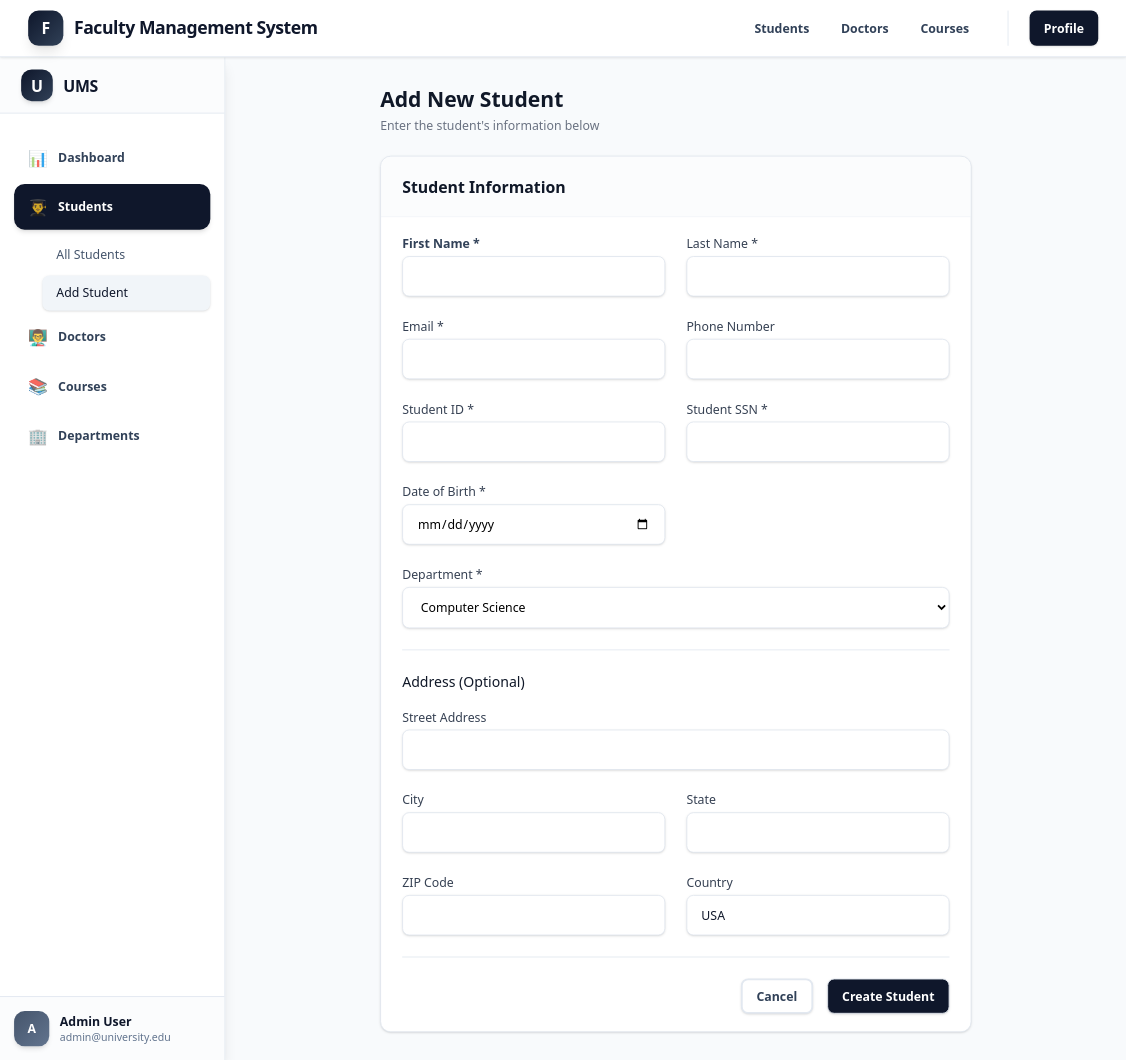
Repository: Mohamedmohsen179/Advanced-DB-Task
Page: /students/new (app in frontend/)
An editor plug-in stored every save of this project. The page is shown before and after the next save, followed by the edit.
The browser window is 1280 px wide. The pictures show the whole page, at 88% of full size.
The project was rebuilt for these pictures with package versions that can differ from the ones it lists, and the page was loaded fresh each time. The framework's server and built-in components were replaced by stand-ins that run in the browser. Settings that the repository does not hold, such as keys and server addresses, were given made-up values. Also part of the build but not shown: frontend/next.config.ts.

Above is the page before, as saved 2025-11-28 19:29:23.

### frontend/app/layout.tsx
import type { Metadata } from "next";
import { Geist, Geist_Mono } from "next/font/google";
import "./globals.css";
import MainLayout from "../components/layout/MainLayout";

const geistSans = Geist({
  variable: "--font-geist-sans",
  subsets: ["latin"],
});

const geistMono = Geist_Mono({
  variable: "--font-geist-mono",
  subsets: ["latin"],
});

export const metadata: Metadata = {
  title: "University Management System",
  description: "A comprehensive university management system built with Next.js and TypeScript",
};

export default function RootLayout({
  children,
}: Readonly<{
  children: React.ReactNode;
}>) {
  return (
    <html lang="en">
      <body
        className={`${geistSans.variable} ${geistMono.variable} antialiased`}
      >
        <MainLayout>{children}</MainLayout>
      </body>
    </html>
  );
}

### frontend/app/students/new/page.tsx
'use client';

import { useState } from 'react';
import { useRouter } from 'next/navigation';
import { CreateStudentRequest } from '../../../types';
import { apiService } from '../../../services/api';
import { Card, CardContent, CardHeader } from '../../../components/ui/Card';
import Button from '../../../components/ui/Button';

export default function NewStudentPage() {
  const router = useRouter();
  const [loading, setLoading] = useState(false);
  const [error, setError] = useState<string | null>(null);

  const [formData, setFormData] = useState<CreateStudentRequest>({
    firstName: '',
    lastName: '',
    email: '',
    phoneNumber: '',
    dateOfBirth: '',
    studentId: '',
    departmentId: '1', // Default to first department
    address: {
      street: '',
      city: '',
      state: '',
      zipCode: '',
      country: 'USA',
    },
  });

  const handleInputChange = (e: React.ChangeEvent<HTMLInputElement | HTMLSelectElement>) => {
    const { name, value } = e.target;

    if (name.startsWith('address.')) {
      const addressField = name.split('.')[1];
      setFormData(prev => ({
        ...prev,
        address: {
          ...prev.address,
          [addressField]: value,
        },
      }));
    } else {
      setFormData(prev => ({
        ...prev,
        [name]: value,
      }));
    }
  };

  const handleSubmit = async (e: React.FormEvent) => {
    e.preventDefault();
    setLoading(true);
    setError(null);

    try {
      const response = await apiService.createStudent(formData);

      if (response.success) {
        router.push('/students');
      } else {
        setError('Failed to create student');
      }
    } catch (err) {
      setError('An error occurred while creating the student');
      console.error('Error creating student:', err);
    } finally {
      setLoading(false);
    }
  };

  return (
    <div className="max-w-2xl mx-auto">
      <div className="mb-6">
        <h1 className="text-2xl font-bold text-gray-900">Add New Student</h1>
        <p className="mt-1 text-sm text-gray-500">
          Enter the student&apos;s information below
        </p>
      </div>

      {error && (
        <div className="mb-6 bg-red-50 border border-red-200 rounded-md p-4">
          <div className="flex">
            <div className="flex-shrink-0">
              <svg className="h-5 w-5 text-red-400" viewBox="0 0 20 20" fill="currentColor">
                <path fillRule="evenodd" d="M10 18a8 8 0 100-16 8 8 0 000 16zM8.707 7.293a1 1 0 00-1.414 1.414L8.586 10l-1.293 1.293a1 1 0 101.414 1.414L10 11.414l1.293 1.293a1 1 0 001.414-1.414L11.414 10l1.293-1.293a1 1 0 00-1.414-1.414L10 8.586 8.707 7.293z" clipRule="evenodd" />
              </svg>
            </div>
            <div className="ml-3">
              <h3 className="text-sm font-medium text-red-800">Error</h3>
              <div className="mt-2 text-sm text-red-700">
                <p>{error}</p>
              </div>
            </div>
          </div>
        </div>
      )}

      <Card>
        <CardHeader>
          <h2 className="text-lg font-semibold text-gray-900">Student Information</h2>
        </CardHeader>
        <CardContent>
          <form onSubmit={handleSubmit} className="space-y-6">
            <div className="grid grid-cols-1 md:grid-cols-2 gap-6">
              <div>
                <label htmlFor="firstName" className="block text-sm font-semibold text-slate-700">
                  First Name *
                </label>
                <input
                  type="text"
                  id="firstName"
                  name="firstName"
                  required
                  value={formData.firstName}
                  onChange={handleInputChange}
                  className="text-black mt-1 block w-full border border-slate-300 rounded-lg px-4 py-3 text-sm focus:outline-none focus:ring-2 focus:ring-slate-500 focus:border-slate-500 transition-all duration-200 bg-white shadow-sm"
                />
              </div>

              <div>
                <label htmlFor="lastName" className="block text-sm font-medium text-gray-700">
                  Last Name *
                </label>
                <input
                  type="text"
                  id="lastName"
                  name="lastName"
                  required
                  value={formData.lastName}
                  onChange={handleInputChange}
                  className="text-black mt-1 block w-full border border-slate-300 rounded-lg px-4 py-3 text-sm focus:outline-none focus:ring-2 focus:ring-slate-500 focus:border-slate-500 transition-all duration-200 bg-white shadow-sm"
                />
              </div>

              <div>
                <label htmlFor="email" className="block text-sm font-medium text-gray-700">
                  Email *
                </label>
                <input
                  type="email"
                  id="email"
                  name="email"
                  required
                  value={formData.email}
                  onChange={handleInputChange}
                  className="text-black mt-1 block w-full border border-slate-300 rounded-lg px-4 py-3 text-sm focus:outline-none focus:ring-2 focus:ring-slate-500 focus:border-slate-500 transition-all duration-200 bg-white shadow-sm"
                />
              </div>

              <div>
                <label htmlFor="phoneNumber" className="block text-sm font-medium text-gray-700">
                  Phone Number
                </label>
                <input
                  type="tel"
                  id="phoneNumber"
                  name="phoneNumber"
                  value={formData.phoneNumber}
                  onChange={handleInputChange}
                  className="text-black mt-1 block w-full border border-slate-300 rounded-lg px-4 py-3 text-sm focus:outline-none focus:ring-2 focus:ring-slate-500 focus:border-slate-500 transition-all duration-200 bg-white shadow-sm"
                />
              </div>

              <div>
                <label htmlFor="studentId" className="block text-sm font-medium text-gray-700">
                  Student ID *
                </label>
                <input
                  type="text"
                  id="studentId"
                  name="studentId"
                  required
                  value={formData.studentId}
                  onChange={handleInputChange}
                  className="text-black mt-1 block w-full border border-slate-300 rounded-lg px-4 py-3 text-sm focus:outline-none focus:ring-2 focus:ring-slate-500 focus:border-slate-500 transition-all duration-200 bg-white shadow-sm"
                />
              </div>


              <div>
                <label htmlFor="studentSsn" className="block text-sm font-medium text-gray-700">
                  Student SSN *
                </label>
                <input
                  type="text"
                  id="studentSsn"
                  name="studentSsn"
                  required
                  value={formData.ssn}
                  onChange={handleInputChange}
                  className="text-black mt-1 block w-full border border-slate-300 rounded-lg px-4 py-3 text-sm focus:outline-none focus:ring-2 focus:ring-slate-500 focus:border-slate-500 transition-all duration-200 bg-white shadow-sm"
                />
              </div>

              <div>
                <label htmlFor="dateOfBirth" className="block text-sm font-medium text-gray-700">
                  Date of Birth *
                </label>
                <input
                  type="date"
                  id="dateOfBirth"
                  name="dateOfBirth"
                  required
                  value={formData.dateOfBirth}
                  onChange={handleInputChange}
                  className="text-black mt-1 block w-full border border-slate-300 rounded-lg px-4 py-3 text-sm focus:outline-none focus:ring-2 focus:ring-slate-500 focus:border-slate-500 transition-all duration-200 bg-white shadow-sm"
                />
              </div>

              <div className="md:col-span-2">
                <label htmlFor="departmentId" className="block text-sm font-medium text-gray-700">
                  Department *
                </label>
                <select
                  id="departmentId"
                  name="departmentId"
                  required
                  value={formData.departmentId}
                  onChange={handleInputChange}
                  className="text-black mt-1 block w-full border border-slate-300 rounded-lg px-4 py-3 text-sm focus:outline-none focus:ring-2 focus:ring-slate-500 focus:border-slate-500 transition-all duration-200 bg-white shadow-sm"
                >
                  <option value="1">Computer Science</option>
                  <option value="2">Mathematics</option>
                </select>
              </div>
            </div>

            <div className="border-t border-gray-200 pt-6">
              <h3 className="text-md font-medium text-gray-900 mb-4">Address (Optional)</h3>
              <div className="grid grid-cols-1 md:grid-cols-2 gap-6">
                <div className="md:col-span-2">
                  <label htmlFor="address.street" className="block text-sm font-medium text-gray-700">
                    Street Address
                  </label>
                  <input
                    type="text"
                    id="address.street"
                    name="address.street"
                    value={formData.address?.street || ''}
                    onChange={handleInputChange}
                    className="mt-1 block w-full border border-slate-300 rounded-lg px-4 py-3 text-sm focus:outline-none focus:ring-2 focus:ring-slate-500 focus:border-slate-500 transition-all duration-200 bg-white shadow-sm"
                  />
                </div>

                <div>
                  <label htmlFor="address.city" className="block text-sm font-medium text-gray-700">
                    City
                  </label>
                  <input
                    type="text"
                    id="address.city"
                    name="address.city"
                    value={formData.address?.city || ''}
                    onChange={handleInputChange}
                    className="mt-1 block w-full border border-slate-300 rounded-lg px-4 py-3 text-sm focus:outline-none focus:ring-2 focus:ring-slate-500 focus:border-slate-500 transition-all duration-200 bg-white shadow-sm"
                  />
                </div>

                <div>
                  <label htmlFor="address.state" className="block text-sm font-medium text-gray-700">
                    State
                  </label>
                  <input
                    type="text"
                    id="address.state"
                    name="address.state"
                    value={formData.address?.state || ''}
                    onChange={handleInputChange}
                    className="mt-1 block w-full border border-slate-300 rounded-lg px-4 py-3 text-sm focus:outline-none focus:ring-2 focus:ring-slate-500 focus:border-slate-500 transition-all duration-200 bg-white shadow-sm"
                  />
                </div>

                <div>
                  <label htmlFor="address.zipCode" className="block text-sm font-medium text-gray-700">
                    ZIP Code
                  </label>
                  <input
                    type="text"
                    id="address.zipCode"
                    name="address.zipCode"
                    value={formData.address?.zipCode || ''}
                    onChange={handleInputChange}
                    className="mt-1 block w-full border border-slate-300 rounded-lg px-4 py-3 text-sm focus:outline-none focus:ring-2 focus:ring-slate-500 focus:border-slate-500 transition-all duration-200 bg-white shadow-sm"
                  />
                </div>

                <div>
                  <label htmlFor="address.country" className="block text-sm font-medium text-gray-700">
                    Country
                  </label>
                  <input
                    type="text"
                    id="address.country"
                    name="address.country"
                    value={formData.address?.country || ''}
                    onChange={handleInputChange}
                    className="mt-1 block w-full border border-slate-300 rounded-lg px-4 py-3 text-sm focus:outline-none focus:ring-2 focus:ring-slate-500 focus:border-slate-500 transition-all duration-200 bg-white shadow-sm"
                  />
                </div>
              </div>
            </div>

            <div className="flex justify-end space-x-4 pt-6 border-t border-gray-200">
              <Button
                type="button"
                variant="outline"
                onClick={() => router.back()}
              >
                Cancel
              </Button>
              <Button
                type="submit"
                loading={loading}
              >
                Create Student
              </Button>
            </div>
          </form>
        </CardContent>
      </Card>
    </div>
  );
}

### frontend/app/globals.css
@import "tailwindcss";

:root {
  --background: #fafafa;
  --foreground: #0f172a;
  --primary: #2563eb;
  --primary-foreground: #ffffff;
  --secondary: #f1f5f9;
  --secondary-foreground: #334155;
  --muted: #f8fafc;
  --muted-foreground: #64748b;
  --accent: #f1f5f9;
  --accent-foreground: #0f172a;
  --border: #e2e8f0;
  --input: #ffffff;
  --ring: #2563eb;
  --radius: 0.5rem;
}

@theme inline {
  --color-background: var(--background);
  --color-foreground: var(--foreground);
  --font-sans: var(--font-geist-sans);
  --font-mono: var(--font-geist-mono);
}

@media (prefers-color-scheme: dark) {
  :root {
    --background: #020617;
    --foreground: #f8fafc;
    --primary: #3b82f6;
    --primary-foreground: #f8fafc;
    --secondary: #1e293b;
    --secondary-foreground: #f8fafc;
    --muted: #1e293b;
    --muted-foreground: #94a3b8;
    --accent: #1e293b;
    --accent-foreground: #f8fafc;
    --border: #334155;
    --input: #1e293b;
    --ring: #3b82f6;
  }
}

* {
  border-color: var(--border);
}

body {
  background: var(--background);
  color: var(--foreground);
  font-family: var(--font-sans), system-ui, -apple-system, sans-serif;
  line-height: 1.6;
  -webkit-font-smoothing: antialiased;
  -moz-osx-font-smoothing: grayscale;
}

/* Professional scrollbar */
::-webkit-scrollbar {
  width: 8px;
  height: 8px;
}

::-webkit-scrollbar-track {
  background: var(--muted);
}

::-webkit-scrollbar-thumb {
  background: var(--muted-foreground);
  border-radius: 4px;
}

::-webkit-scrollbar-thumb:hover {
  background: var(--foreground);
}

/* Focus styles */
.focus-visible {
  outline: 2px solid var(--ring);
  outline-offset: 2px;
}

/* Professional shadows */
.shadow-professional {
  box-shadow: 0 1px 3px 0 rgb(0 0 0 / 0.1), 0 1px 2px -1px rgb(0 0 0 / 0.1);
}

.shadow-professional-lg {
  box-shadow: 0 10px 15px -3px rgb(0 0 0 / 0.1), 0 4px 6px -4px rgb(0 0 0 / 0.1);
}

### frontend/components/layout/MainLayout.tsx
'use client';

import { useState } from 'react';
import Navbar from './Navbar';
import Sidebar from './Sidebar';

interface MainLayoutProps {
  children: React.ReactNode;
}

export default function MainLayout({ children }: MainLayoutProps) {
  const [sidebarOpen, setSidebarOpen] = useState(false);

  return (
    <div className="min-h-screen bg-slate-50">
      {/* Navbar */}
      <Navbar />

      <div className="flex">
        {/* Sidebar */}
        <Sidebar
          isOpen={sidebarOpen}
          onClose={() => setSidebarOpen(false)}
        />

        {/* Main Content */}
        <div className="flex-1 lg:ml-0">
          {/* Mobile sidebar toggle */}
          <div className="lg:hidden">
            <button
              onClick={() => setSidebarOpen(true)}
              className="fixed top-20 left-4 z-10 bg-white p-3 rounded-xl shadow-professional border border-slate-200 hover:shadow-professional-lg transition-all duration-200"
            >
              <svg className="w-5 h-5 text-slate-600" fill="none" stroke="currentColor" viewBox="0 0 24 24">
                <path strokeLinecap="round" strokeLinejoin="round" strokeWidth={2} d="M4 6h16M4 12h16M4 18h16" />
              </svg>
            </button>
          </div>

          {/* Page Content */}
          <main className="p-6 lg:p-8">
            <div className="max-w-7xl mx-auto">
              {children}
            </div>
          </main>
        </div>
      </div>
    </div>
  );
}

### frontend/components/ui/Card.tsx
import { HTMLAttributes, forwardRef } from 'react';

interface CardProps extends HTMLAttributes<HTMLDivElement> {
  children: React.ReactNode;
}

const Card = forwardRef<HTMLDivElement, CardProps>(
  ({ className = '', children, ...props }, ref) => {
    return (
      <div
        ref={ref}
        className={`bg-white rounded-xl border border-slate-200 shadow-professional hover:shadow-professional-lg transition-shadow duration-200 ${className}`}
        {...props}
      >
        {children}
      </div>
    );
  }
);

Card.displayName = 'Card';

interface CardHeaderProps extends HTMLAttributes<HTMLDivElement> {
  children: React.ReactNode;
}

const CardHeader = forwardRef<HTMLDivElement, CardHeaderProps>(
  ({ className = '', children, ...props }, ref) => {
    return (
      <div
        ref={ref}
        className={`px-6 py-5 border-b border-slate-200 bg-slate-50/50 rounded-t-xl ${className}`}
        {...props}
      >
        {children}
      </div>
    );
  }
);

CardHeader.displayName = 'CardHeader';

interface CardContentProps extends HTMLAttributes<HTMLDivElement> {
  children: React.ReactNode;
}

const CardContent = forwardRef<HTMLDivElement, CardContentProps>(
  ({ className = '', children, ...props }, ref) => {
    return (
      <div
        ref={ref}
        className={`px-6 py-5 ${className}`}
        {...props}
      >
        {children}
      </div>
    );
  }
);

CardContent.displayName = 'CardContent';

interface CardFooterProps extends HTMLAttributes<HTMLDivElement> {
  children: React.ReactNode;
}

const CardFooter = forwardRef<HTMLDivElement, CardFooterProps>(
  ({ className = '', children, ...props }, ref) => {
    return (
      <div
        ref={ref}
        className={`px-6 py-5 border-t border-slate-200 bg-slate-50 rounded-b-xl ${className}`}
        {...props}
      >
        {children}
      </div>
    );
  }
);

CardFooter.displayName = 'CardFooter';

export { Card, CardHeader, CardContent, CardFooter };

### frontend/components/ui/Button.tsx
import { ButtonHTMLAttributes, forwardRef } from 'react';

interface ButtonProps extends ButtonHTMLAttributes<HTMLButtonElement> {
  variant?: 'primary' | 'secondary' | 'danger' | 'outline';
  size?: 'sm' | 'md' | 'lg';
  loading?: boolean;
}

const Button = forwardRef<HTMLButtonElement, ButtonProps>(
  ({ className = '', variant = 'primary', size = 'md', loading = false, children, disabled, ...props }, ref) => {
    const baseClasses = 'inline-flex items-center justify-center font-semibold rounded-lg transition-all duration-200 focus:outline-none focus:ring-2 focus:ring-offset-2 disabled:opacity-50 disabled:cursor-not-allowed shadow-sm hover:shadow-md active:scale-[0.98]';

    const variantClasses = {
      primary: 'bg-slate-900 text-white hover:bg-slate-800 focus:ring-slate-500 border border-slate-900',
      secondary: 'bg-slate-100 text-slate-900 hover:bg-slate-200 focus:ring-slate-500 border border-slate-200',
      danger: 'bg-red-600 text-white hover:bg-red-700 focus:ring-red-500 border border-red-600',
      outline: 'border-2 border-slate-300 text-slate-700 bg-white hover:bg-slate-50 hover:border-slate-400 focus:ring-slate-500',
    };

    const sizeClasses = {
      sm: 'px-3 py-2 text-sm h-9',
      md: 'px-4 py-2.5 text-sm h-10',
      lg: 'px-6 py-3 text-base h-12',
    };

    return (
      <button
        ref={ref}
        className={`${baseClasses} ${variantClasses[variant]} ${sizeClasses[size]} ${className}`}
        disabled={disabled || loading}
        {...props}
      >
        {loading && (
          <svg className="animate-spin -ml-1 mr-2 h-4 w-4" fill="none" viewBox="0 0 24 24">
            <circle className="opacity-25" cx="12" cy="12" r="10" stroke="currentColor" strokeWidth="4" />
            <path className="opacity-75" fill="currentColor" d="M4 12a8 8 0 018-8V0C5.373 0 0 5.373 0 12h4zm2 5.291A7.962 7.962 0 014 12H0c0 3.042 1.135 5.824 3 7.938l3-2.647z" />
          </svg>
        )}
        {children}
      </button>
    );
  }
);

Button.displayName = 'Button';

export default Button;

Loaded but not shown: frontend/services/api.ts (539 lines, source omitted); frontend/components/layout/Sidebar.tsx (158 lines, source omitted); frontend/components/layout/Navbar.tsx (102 lines, source omitted)

After the next save:
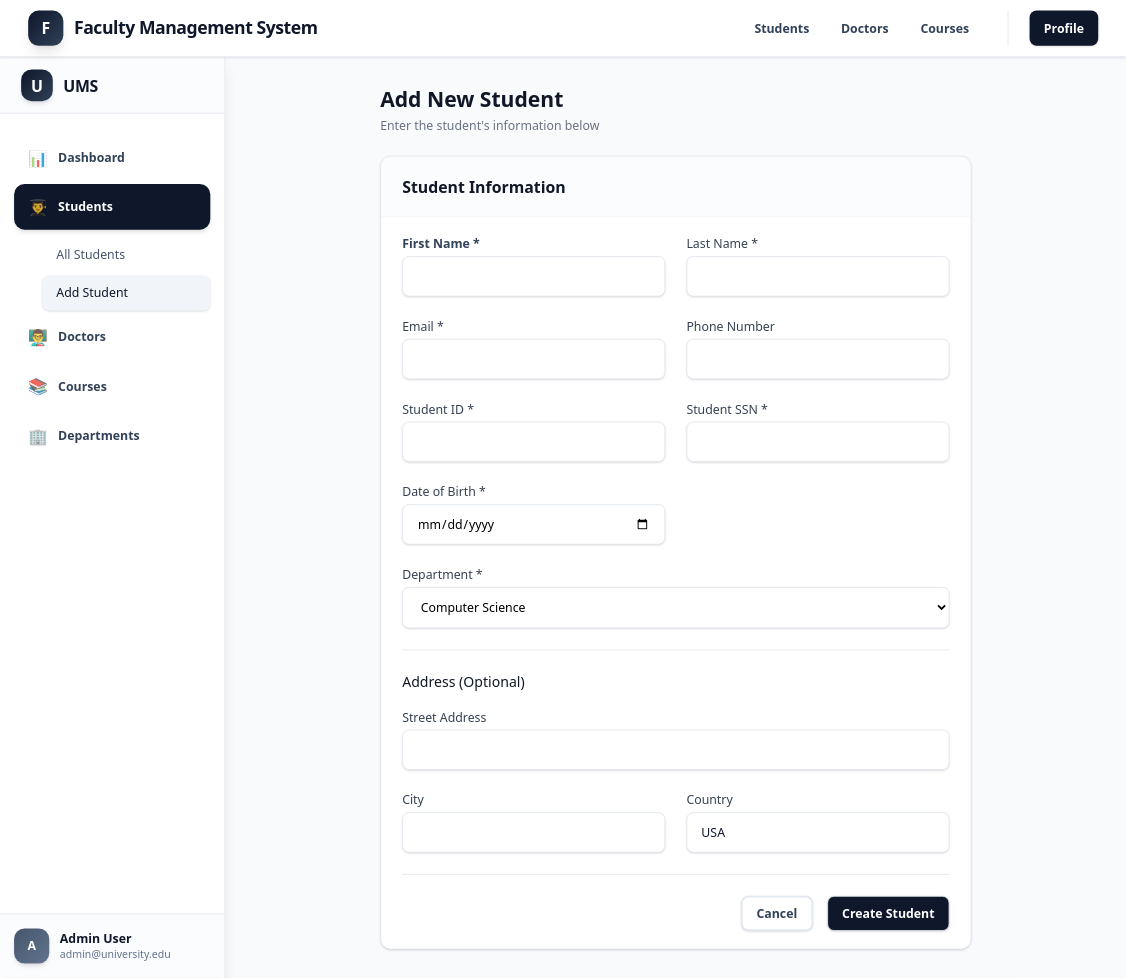
Saved 63 s later.
--- a/frontend/app/students/new/page.tsx
+++ b/frontend/app/students/new/page.tsx
@@ -258,33 +258,6 @@ export default function NewStudentPage() {
                   />
                 </div>
 
-                <div>
-                  <label htmlFor="address.state" className="block text-sm font-medium text-gray-700">
-                    State
-                  </label>
-                  <input
-                    type="text"
-                    id="address.state"
-                    name="address.state"
-                    value={formData.address?.state || ''}
-                    onChange={handleInputChange}
-                    className="mt-1 block w-full border border-slate-300 rounded-lg px-4 py-3 text-sm focus:outline-none focus:ring-2 focus:ring-slate-500 focus:border-slate-500 transition-all duration-200 bg-white shadow-sm"
-                  />
-                </div>
-
-                <div>
-                  <label htmlFor="address.zipCode" className="block text-sm font-medium text-gray-700">
-                    ZIP Code
-                  </label>
-                  <input
-                    type="text"
-                    id="address.zipCode"
-                    name="address.zipCode"
-                    value={formData.address?.zipCode || ''}
-                    onChange={handleInputChange}
-                    className="mt-1 block w-full border border-slate-300 rounded-lg px-4 py-3 text-sm focus:outline-none focus:ring-2 focus:ring-slate-500 focus:border-slate-500 transition-all duration-200 bg-white shadow-sm"
-                  />
-                </div>
 
                 <div>
                   <label htmlFor="address.country" className="block text-sm font-medium text-gray-700">
